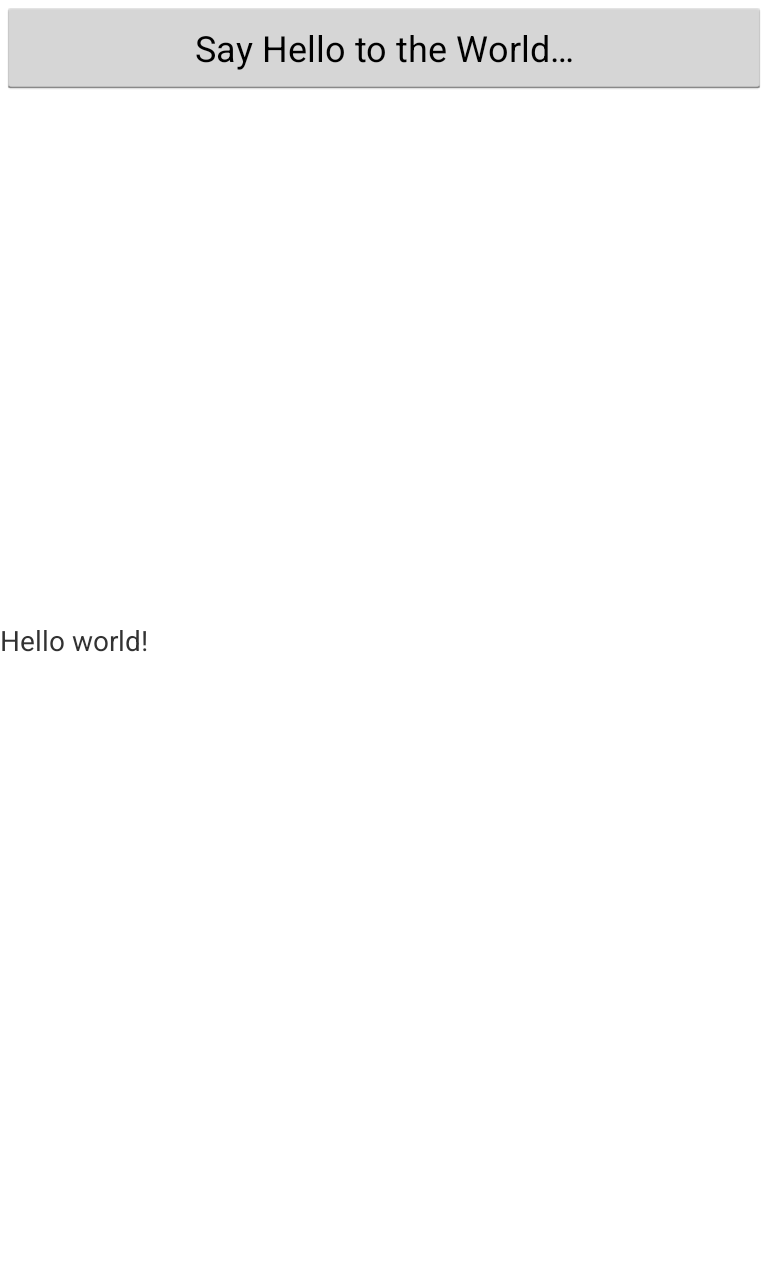
Repository: lnplnp/wifi-scheduler
Layout: WIFIScheduler/res/layout/activity_main.xml
These files come from the project's save history. The layout is drawn as it stood at one moment and after the next save; the edit follows.
It is drawn on a 768 x 1280 px phone screen (xhdpi) without system bars, with theme AppTheme; the app's code is not run.

Above is the layout before, as saved 2013-01-04 14:10:48.

After the next save:
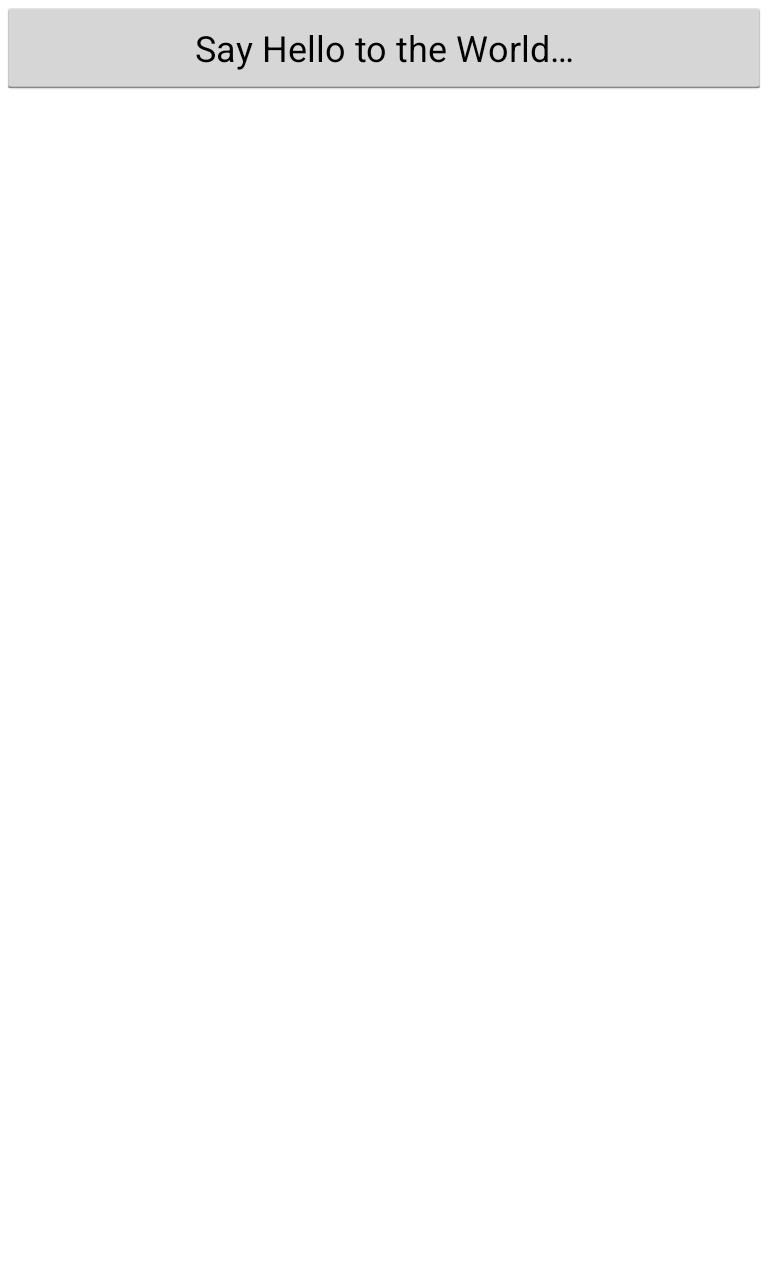
Saved 30 min 39 s later.
--- a/WIFIScheduler/res/layout/activity_main.xml
+++ b/WIFIScheduler/res/layout/activity_main.xml
@@ -7,8 +7,6 @@
 
     <TextView
         android:id="@+id/textViewHelloWorld"
-        android:layout_width="match_parent"
-        android:layout_height="wrap_content"
         android:layout_centerInParent="true"
         android:text="@string/hello_world"
         android:textStyle="normal"
